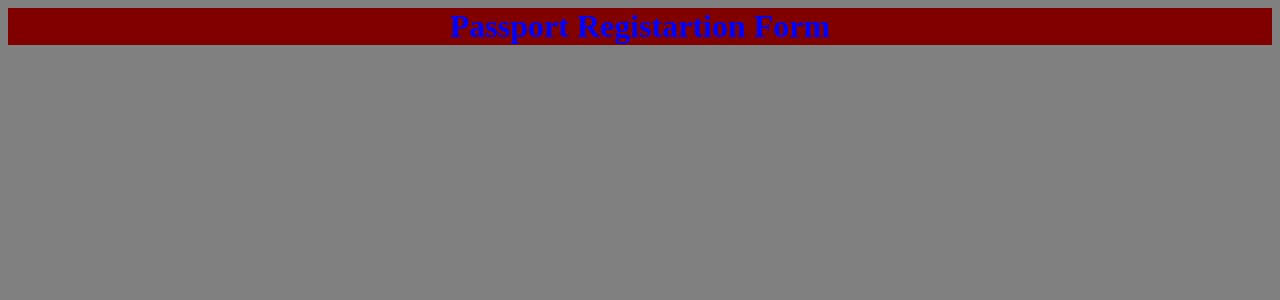
Repository: ShekharSudhansu/PHONEBOOK-APP-H2
Page: http://localhost/04PassportRegistrationApplication/views/persionaldetailsForm.jsp
An editor plug-in stored every save of this project. The page is shown before and after the next save, followed by the edit.
The browser window is 1280 px wide. The pictures show the whole page.
The page is served by Tomcat 9. Other server files are loaded and not shown.

Above is the page before, as saved 2020-01-07 06:13:28.

### 04PassportRegistrationApplication/src/main/webapp/views/persionaldetailsForm.jsp
<%@ page language="java" contentType="text/html; charset=ISO-8859-1"
    pageEncoding="ISO-8859-1"%>
 <body style="background-color:#808080">
 	<h1 style="color:#0000FF;text-align: center;background-color: #800000">Passport Registartion Form</h1>

 </body>

After the next save:
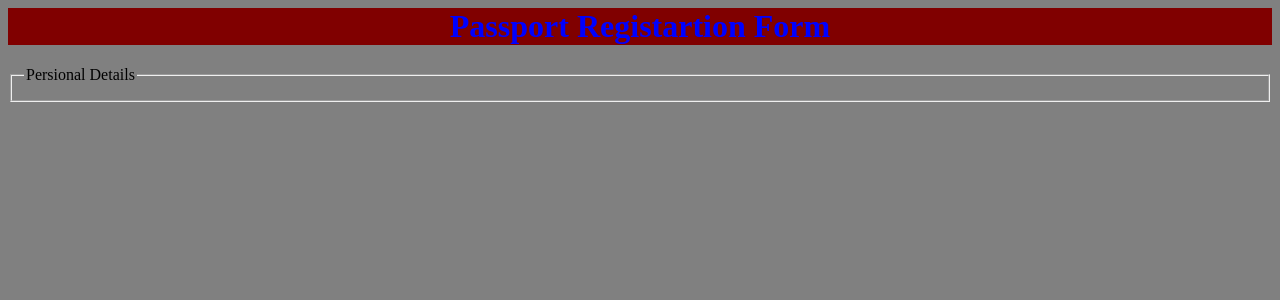
Saved 43 s later.
--- a/04PassportRegistrationApplication/src/main/webapp/views/persionaldetailsForm.jsp
+++ b/04PassportRegistrationApplication/src/main/webapp/views/persionaldetailsForm.jsp
@@ -2,5 +2,8 @@
     pageEncoding="ISO-8859-1"%>
  <body style="background-color:#808080">
  	<h1 style="color:#0000FF;text-align: center;background-color: #800000">Passport Registartion Form</h1>
+ 	<fieldset>
+ 		<legend>Persional Details</legend>
+ 	</fieldset>
 
  </body>
